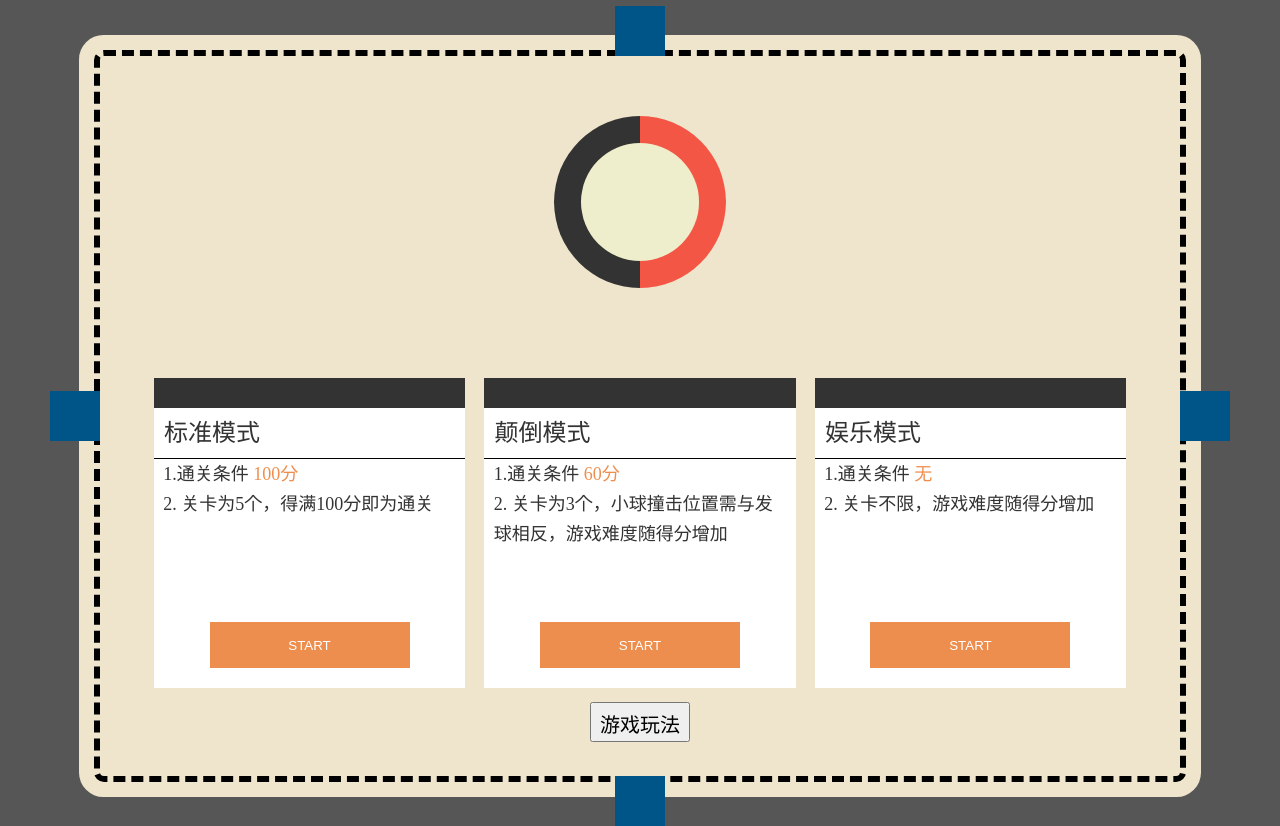
Repository: EEETA/ball-game
Page: theBall2/index.html
The author's editor kept a copy of each file at every save. The page is drawn from the files as they stood at one save, then again after the next save.
The browser window is 1280 px wide. The pictures show the whole page.

Above is the page before, as saved 2018-08-04 00:37:33.

### theBall2/index.html
<!DOCTYPE html>
<html lang="en">
<head>
    <meta charset="UTF-8">
    <title>theBall</title>
	<link rel="stylesheet" href="style/index.css">
    <script src="js/jquery-1.8.3.min.js"></script>
	<script src="js/jquery.rotate.min.js"></script>
</head>
<body>
    <section class="box">
        <!-- 旋转div -->
        <section class="ball ballZhuan">
            <div class="redPart_box">
                <div class="redPart"></div>
            </div>
            <div class="blackPart_box">
                <div class="blackPart"></div>
            </div>
            <div class="middlePart"></div>
        </section>
        <div class="ball2"></div>

        <section class="idx_pattern">
            <!-- 主界面-游戏模式 -->
        </section>
        <section class="idx_intro">
            <!-- 主界面-游戏玩法 -->
        </section>

        <section class="game_mask">
        <!-- 游戏界面-娱乐模式遮罩提示层 -->
        </section>
        <div class="arrow">
            <!-- 升级效果 -->
        </div>
        <section class="game_shootBox">
            <!-- 游戏界面-小球发射台 -->
        </section>
        <section class="game_fraction">
            <!-- 游戏界面-分数血量显示 -->
        </section>
        <section class="game_hanlder">
            <!-- 游戏界面-结束模块 -->
        </section>
    </div>

    <script src="data/data.js"></script>
    <script>
        const patternLen = pattern.length;
        const idxPattern = document.querySelector('.idx_pattern');
        const idxIntro = document.querySelector('.idx_intro');
        const gameShootBox = document.querySelector('.game_shootBox');
        const gameFraction = document.querySelector('.game_fraction');
        const gameHanlder = document.querySelector('.game_hanlder');
        const gameMask = document.querySelector('.game_mask');
        var my=[];
        /*主界面-游戏模式*/
        for(var i=0;i<patternLen;i++){
            let idxPatternMain=`<div class="playWrap">
                                    <div class="playTit"> ${pattern[i].patternName} </div>
                                    <div class="playIntroduce">
                                        <div class="playIntroduceTxt">1.通关条件 <span style="color:#EE8E4E"> ${pattern[i].explain.condition} </span></div>
                                        <div class="playIntroduceTxt">2. ${pattern[i].explain.produce} </div>
                                    </div>
                                    <button class="start">START</button>
                                </div>`
            idxPattern.innerHTML+=idxPatternMain;
        }
        /*主界面-游戏玩法*/
        let produceTxt=`<div class="introTxt">
                            <div>
                                1.按空格键/AD可旋转 <img src="img/img1.png" alt="" class="sizeOne">
                            </div>
                            <div>
                                2.当<img src="img/img2.png" alt="" class="sizeOne">掉落时,根据模式将 <img src="img/img1.png" alt="" class="sizeOne"> 旋转到对应的颜色即可得1分,反之<span style="color:red">HP-1</span>
                            </div>
                            <div>
                                3.进入游戏后，每个玩家血量为5,右上角为分数面板 <img src="img/img3.png" alt="" class="sizeTwo"> 左侧为当前分数,右侧为当前关卡上限,分数达到上限即可进入下一关
                            </div>
                        </div>
                        <button class="introTxtBtn">游戏玩法</button>`
        idxIntro.innerHTML=produceTxt;



        /*游戏界面-小球发射台*/
        let gameShootBoxMain=`  <div class="launcher launT">

                                </div>
                                <div class="launcher launB">

                                </div>
                                <div class="launcher launL">

                                </div>
                                <div class="launcher launR">

                                </div>`
        gameShootBox.innerHTML+=gameShootBoxMain;

        /*游戏界面-小球发射台*/
        // let gameShootBoxMain=`<div class="top div_middle">
        //                             <div class="div_middle"></div>
        //                         </div>
        //                         <div class="bottom div_middle">
        //                             <div class="div_middle"></div>
        //                         </div>
        //                         <div class="left div_middle">
        //                             <div class="div_middle"></div>
        //                         </div>
        //                         <div class="right div_middle">
        //                             <div class="div_middle"></div>
        //                         </div>`
        // gameShootBox.innerHTML+=gameShootBoxMain;


        /*游戏界面-分数血量显示*/
        let gameFractionMain=`<div class="life">HP:
                                    <div class="hp_div">
                                        <div class="hp_div_main"></div>
                                    </div>
                                </div>
                                <div class="fraction">
                                    <span class="fraction_left"></span>
                                    /
                                    <span class="fraction_right"></span>
                                </div>`
        gameFraction.innerHTML=gameFractionMain;
        /*游戏界面-结束模块*/
        let gameHanlderMain=`<div class="interface">
                                <div class="over">Game Over</div>
                                <div class="success">成功通关</div>
                            </div>
                            <div class="button_box">
                                <button class="button_left">再玩一次</button>
                                <button class="button_right">返回大厅</button>
                            </div>`
        gameHanlder.innerHTML=gameHanlderMain;
        /*游戏界面-娱乐模式遮罩提示层*/
        let gameMaskMain=`<div class="Mask_span">
                                <span>按A键向左转</span>
                                <span>按D键向右转</span>
                            </div>
                            <span class="Mask_p">- 按空格键继续 -</span>`
        gameMask.innerHTML=gameMaskMain;
    </script>
    <script src="js/index.js"></script>
    <script src="js/animation.js"></script>
</body>
</html>

### theBall2/style/index.css
@charset "UTF-8";
html{background: #565656;}
body{-webkit-user-select:none;-moz-user-select:none;-ms-user-select:none; user-select:none;}
input{border: none;outline: none;-webkit-tap-highlight-color: #000000;-webkit-tap-highlight-color: rgba(0, 0, 0, 0);}
button{outline: none;}

.box{
    position: relative;
    margin: 50px auto 0;
    /* overflow: hidden; */
    width: 1080px;
    height: 720px;
    background: #eee5cc;
    border: 6px dashed #000;
    box-shadow: 0 0 0 15px #eee5cc;
    border-radius: 10px;
}
/*两种小球制作*/
.ball{
    position: relative;
    width: 172px;
    height: 172px;
    margin:60px auto 0;
    /* transform:rotate(0deg);
    -ms-transform:rotate(0deg);
    -moz-transform:rotate(0deg);
    -webkit-transform:rotate(0deg);
    -o-transform:rotate(0deg); */
    opacity:1
}
.redPart_box,.blackPart_box{
    height: 50%;
    overflow:hidden;
}
.redPart,.blackPart{
    position: relative;
    height: 172px;
    width: 172px;
    border-radius:50%
}
.redPart{background: #f45646;}
.blackPart{background: #333;top:-100%}
/* .redPart{background: #ff9b9b;}
.blackPart{background: #2aa1a7;top:-100%} */
.middlePart{
    position: absolute;
    left: 27px;
    top: 27px;
    width: 118px;
    height:118px;
    border-radius: 50%;
    background:#eec;
}
.ballZhuan{
    animation-name:rotate;
    animation-iteration-count: infinite;
    animation-duration: 4s;
    animation-timing-function: linear;
}
@keyframes rotate{
    0%{
        transform:rotate(0deg)
    }
    100%{
         transform:rotate(360deg)
    }
}


.ball2{
    width: 0;
    height: 0;
    border-top:20px solid #f45646;
    border-bottom: 20px solid #333;
    border-left:20px solid #efa97a;
    border-right:20px solid #6dd3ce;
    border-width: 86px;
    position: absolute;
    top: calc(50% - 85px);
    left: calc(50% - 85px);
    opacity: 0;
    /* z-index: 10;
    transform:rotate(0deg); */
    border-radius: 50%;
}

/*小球发射*/
.launcher{
    position: absolute;
    margin: 0 auto;
    width: 50px;
    height: 50px;
    background: #058;
}
.launT{left: 0;right: 0;top: -50px;}
.launB{left: 0;right: 0;bottom: -50px;}
.launL{top: 50%;margin-top: -25px;left: -50px}
.launR{top: 50%;margin-top: -25px;right: -50px}
.launchBall{
    position: absolute;
    width: 100%;
    height:100%;
    background:#f45646;
    border-radius: 50%;
}


/*成功击中扩散动画*/
.ball_middle{
    height: 75px;
    width:75px;
    border-radius: 50%;
    background: #333;
    opacity:0.5;
    position: absolute;
    top: calc(50% - 37px);
    left:calc(50% - 37px);
}

.game_fraction{
    width: 100%;
    height: 80px;
    top:50px;
    position: absolute;
    display: none;
}
.life{width: 60%;height: 100%;display: inline-block;line-height: 80px;text-indent: 10px;color:#f00;}
.fraction{width: 30%;height: 100%;text-align: center;line-height: 80px;float: right;margin-right: 10px;font-size: 30px;}
.fraction span{color:#333;}
.firworks{width: 4px;height: 4px;position: absolute;border-radius: 50%}
.over,.success{position: absolute;top:43%;font-size: 60px;opacity:0;z-index: 30;width: 100%;text-align: center;}
.arrow{height: 300px;width: 500px;position: absolute;top: calc(50% - 150px);left: calc(50% - 250px);}
.arrow span{font-size: 30px;color: #333;position: absolute;left: calc(50% - 145px);top: 150px;opacity: 0;height: 100px;width: 300px;text-align: center;}
 .img{height:80px;width: 30px;position: absolute;}



.button_box{
    position: absolute;
    left:0;
    right:0;
    bottom:45px;
    margin:0 auto;
    width: 380px;
    display: none;
    opacity: 0;
}
.button_left,.button_right{
    height: 46px;
    width: 150px;
    background:#333;
    border-radius:3px;
    font-size: 24px;
    color:#fff;
    cursor:pointer;
    border:none;
}
.button_left:hover,.button_right:hover{background: #f45646;}
.button_left{float:left;}
.button_right{float:right;}


/************************************游戏玩法***********************************/
.introTxtBtn{
    position: absolute;
    bottom: 34px;
    font-size: 20px;
    cursor:pointer;
    z-index: 1000;
    left: calc(50% - 50px);
    height: 40px;
    width: 100px;
    text-align: center;
    line-height: 40px
}
.introTxtBtn:hover{
    background: #333;
    color: #fff;
}
.introTxt{
    width: 500px;
    height: 530px;
    left: calc(50% - 250px);
    top: calc(50% - 300px);
    line-height: 40px;
    background: #fff;
    border-radius: 5px;
    display: none;
    z-index: 1001;
    position: absolute;
}
.sizeOne,.sizeTwo{
    position:relative;
    top: 10px;
}
.sizeOne{width: 40px;}
.sizeTwo{width: 80px;}
.introTxt div{margin:30px auto;width: 90%;font-size: 24px}
.introTxt p{display: inline-block;}



.hp_div{display: inline-block;width: 180px;height: 40px;border:1px solid red;vertical-align:middle;border-radius: 4px;}
.hp_div_main{height: 100%;width: 100%;background: red;border-radius: 3px;}


.game_mask{
    display: none;
    position: absolute;
    width: 100%;
    height: 100%;
    top: 0;
    left: 0;
    background: rgba(51,51,51,.5);
    font-size: 30px;
    color: #fff;
    z-index: 1;
}
.Mask_span{
    position: absolute;
    top:calc(50% - 100px);
    opacity: 1;
    width: 100%;
    text-align: center;
    line-height: 100px;
}
.Mask_span span{
    display: block;
}
.Mask_p {
    position: absolute;
    bottom: 150px;
    width: 100%;
    text-align: center;
    font-size:40px;
    color: #000;
    animation-name:opacity;
    animation-iteration-count: infinite;
    animation-duration: 1.8s;
}
@keyframes opacity{
    0%{
        opacity:0
    }
    50%{
        opacity: 1
    }
    100%{
        opacity:0
    }
}


/*playFour*/
.idx_pattern{
    overflow:auto;
    position: relative;
    margin: 0 auto;
    width: 90%;
    margin-top: 90px;
}
.playWrap{
    overflow: hidden;
    position: relative;
    float:left;
    width: 32%;
    height: 280px;
    background:#fff;
    color:#333;
    border-top: 30px solid;
}
.playWrap:nth-child(2){margin: 0 2%;}
.playWrap:hover{
    background: rgba(255,255,255,.7)
}
.playTit{
    /* width: 100%; */
    border-bottom: 1px solid #000;
    font-size: 24px;
    line-height: 50px;
    text-indent: 10px;
}
.playIntroduce{
    font-size: 18px;
    text-align: left;
    line-height: 30px;
    margin: 0 auto;
    width: 94%;
}
.start{
    position:absolute;
    bottom:0;
    left:0;
    right:0;
    width: 200px;
    height: 46px;
    background: #EE8E4E;
    color: #fff;
    outline: none;
    margin: 0 auto 20px;
    cursor: pointer;
    border: none;
}
.start:hover{background: rgba(51,51,51,1)}

### theBall2/data/data.js

/*
patternName：模式名称
explain：游戏说明
condition：过关条件
produce：关卡介绍
tip：其他
*/
var pattern=[
    {
        patternName:'标准模式',
        explain:{
            condition:'100分',
            produce:'关卡为5个，得满100分即为通关',
            tip:''
        }
    },
    {
        patternName:'颠倒模式',
        explain:{
            condition:'60分',
            produce:'关卡为3个，小球撞击位置需与发球相反，游戏难度随得分增加',
            tip:''
        }
    },
    {
        patternName:'娱乐模式',
        explain:{
            condition:'无',
            produce:'关卡不限，游戏难度随得分增加',
            tip:''
        }
    }
]
var gameInit=[
    {
        hp:1,
        hp_box:10,
        fraction:0,
        toplimit:10,

    }
]
// var gameHanlder={
//     gameOver="Game Over",
//     gameSuccess="游戏通关",
// }

### theBall2/js/animation.js


// 抖动效果
jQuery.fn.shake = function (intShakes /*Amount of shakes*/, intDistance /*Shake distance*/, intDuration /*Time duration*/) {
    this.each(function () {
        var jqNode = $(this);
        jqNode.css({ position: 'relative' });
        for (var x = 1; x <= intShakes; x++) {
            jqNode.animate({ left: (intDistance * -1) }, (((intDuration / intShakes) / 4)))
            .animate({ left: intDistance }, ((intDuration / intShakes) / 2))
            .animate({ left: 0 }, (((intDuration / intShakes) / 4)));
        }
    });
    return this;
}

/*撞击成功*/
success=function(r,borderSpacing){
    switch_1=1;
    $('<div class="ball_middle" style="background-color:'+$(r).css('background-color')+';display:block"></div>').appendTo(ballShow);
    $('.ball_middle').animate({ borderSpacing:borderSpacing },{
            step:function(now){
                $(this).css('transform','scale('+now+','+now+')')
            },
            duration:200
        }
    );
    $('.ball_middle').animate({opacity:'0'},200,function(){
        this.remove();
    });
    $(r).remove();

    fractionNow++;
    $('.fraction_left').html(fractionNow);
}

fail=function(r){   //撞击失败
    switch_1=1;
    for(var i=0;i<20;i++){
        var firworks=$('<div class="firworks"></div>');
        var b=new boom(firworks,$(r).offset().left,$(r).offset().top,$(r).css('background-color'));
        b.move();
    }
    $(r).remove();
	hp--;
    fail_hp=hp*100/hp_box;
    $('.hp_div_main').animate({width:fail_hp+"%"},500);
}

boom=function(div,x,y,color){  //爆炸效果
        $('body').append(div);
        $(div).css({
            left:x+'px',
            top:y+'px',
            background:color
        });
        var speedX = (parseInt(Math.random()*2) == 0 ? 1 : -1)*parseInt(Math.random()*16 + 1);  //三目运算符随机移动方向，概率50%,为1时往正方向移动，负1时往反方向移动第二个随机数随机速度快慢
        var speedY = (parseInt(Math.random()*2) == 0 ? 1 : -1)*parseInt(Math.random()*20 + 1);

        this.move=function(){
            var i = 3;
            var time=setInterval(function(){
            i++;
            $(div).css({
                left:div[0].offsetLeft+speedX+'px',
                top:div[0].offsetTop+speedY+i+'px',
            })
            if(div[0].offsetLeft+div[0].offsetWidth>window.innerWidth|| div[0].offsetLeft<2 || div[0].offsetTop+div[0].offsetHeight>window.innerHeight || div[0].offsetTop<2 ){
                    div.remove();       //移动出可视区域记得删除div和清除定时器
                    clearInterval(time);
                }
            },1000/30)
        }
}

callarrow=function(arrow_html){  //初始化提升动画
    for(var i=0;i<10;i++){
        var a=new addarrow(i);
        a.move();
    }

    $('.arrow').append('<span>'+arrow_html+'</span>');
    $('.arrow span').animate({top:'0',opacity:1},600,function(){$(this).animate({opacity:0},800,function(){this.remove()})});

}

 addarrow=function(i){  //难度提升动画
        var leftnum=parseInt(Math.random()*500);
        var topnum=parseInt(Math.random()*400);
        var arrow=$(' <img src="img/Arrow.png" class="img">');
        var now=(Math.random()*1.1+0.75).toFixed(2);

        $('.arrow').append(arrow);
        $('.img')[i].style.cssText="top:"+topnum+"px;left:"+leftnum+"px;transform:scale("+now+","+now+")";

        this.move=function(i){
            $('.img').animate({top:'-100',opacity:'0'},700,function(){
                this.remove();
            });
        }
}
endarrow=function(innertHTML,time){
    $('.arrow').append('<span>'+innertHTML+'</span>');
    setTimeout(function(){$('.arrow span').animate({top:'0',opacity:1},1000,function(){$(this).animate({opacity:0},1500,function(){this.remove()})})},time);
}

rotate_transition=function(ball,ball2){
    $(ball).rotate({
            animateTo: 180,
            duration:300,
        }
    );
    $(ball).animate({opacity:'0'},600);
    $(ball2).animate({opacity:'1'},600);
    $(ball2).rotate({
            animateTo:-360,
            duration:600
    });
}

movejudge=function(r,rou,red,qing,black,num,numberMode){
    numbox=numList;
    if(numList>0){
        numbox=negative;
    }
    if($(r).css('background-color')=='rgb(239, 169, 122)' && numbox%360==rou){  //肉
        success(r,num);
    }else if($(r).css('background-color')=='rgb(244, 86, 70)' && numbox%360==red){  //红
        success(r,num);
    }else if($(r).css('background-color')=='rgb(109, 211, 206)' && numbox%360==qing){  //青
        success(r,num);
    }else if($(r).css('background-color')=='rgb(51, 51, 51)' && numbox%360==black){  //黑
        success(r,num);
    }else{fail(r)};

    appendball(numberMode);
    $(r).stop();
}

// Mask=function(){
//     $('.game_mask').fadeIn(300);
//     $('.Mask_p').fadeIn(800);
//     $('.Mask_span').fadeIn(800);
//     // $('.Mask_p').addClass('play');
// }


box_animation=function(height,width,speed){
    speed = speed||1000;
    $('.box').animate(
        {
            width:width+'px',
            height:height+'px',
        },
        {
            duration:speed,
        }
  	);
}

Loaded but not shown: theBall2/js/jquery-1.8.3.min.js (library); theBall2/js/jquery.rotate.min.js (library); theBall2/js/index.js (336 lines, source omitted)

After the next save:
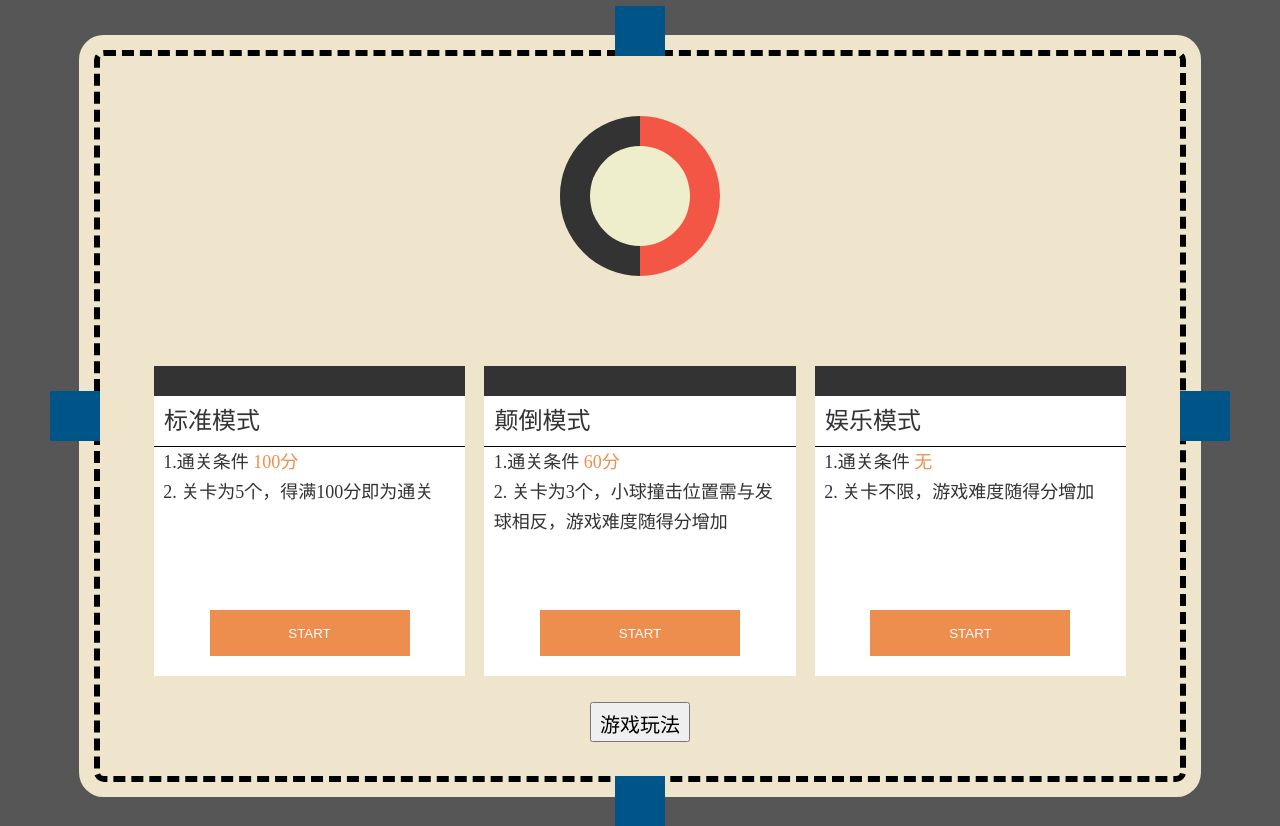
Saved 35 s later.
--- a/theBall2/style/index.css
+++ b/theBall2/style/index.css
@@ -18,8 +18,8 @@ button{outline: none;}
 /*两种小球制作*/
 .ball{
     position: relative;
-    width: 172px;
-    height: 172px;
+    width: 160px;
+    height: 160px;
     margin:60px auto 0;
     /* transform:rotate(0deg);
     -ms-transform:rotate(0deg);
@@ -34,8 +34,8 @@ button{outline: none;}
 }
 .redPart,.blackPart{
     position: relative;
-    height: 172px;
-    width: 172px;
+    height: 160px;
+    width: 160px;
     border-radius:50%
 }
 .redPart{background: #f45646;}
@@ -44,10 +44,10 @@ button{outline: none;}
 .blackPart{background: #2aa1a7;top:-100%} */
 .middlePart{
     position: absolute;
-    left: 27px;
-    top: 27px;
-    width: 118px;
-    height:118px;
+    left: 30px;
+    top: 30px;
+    width: 100px;
+    height:100px;
     border-radius: 50%;
     background:#eec;
 }
